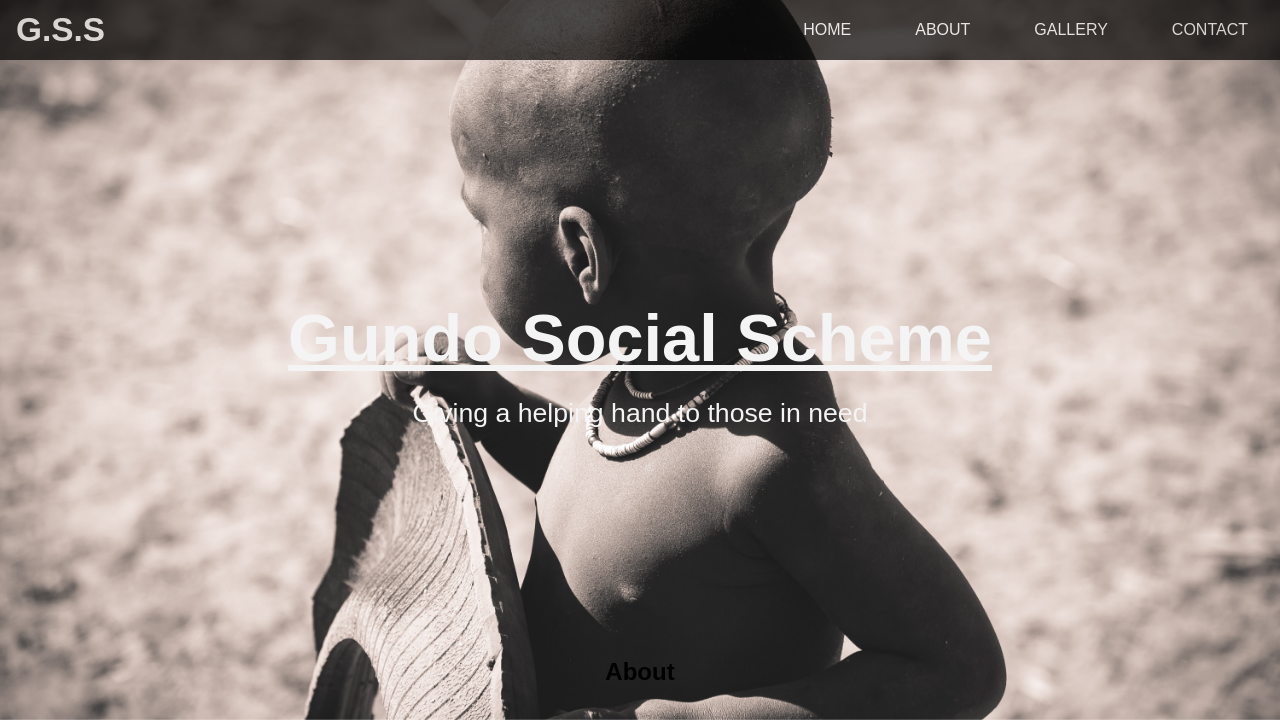
Repository: blessingNtoko/gss-basic_website
Page: index.html
The author's editor kept a copy of each file at every save. The page is drawn from the files as they stood at one save, then again after a run of saves.
The browser window is 1280 px wide. The pictures show the whole page.
An inner scrolling area shows only its first screen.

Above is the page before, as saved 2020-05-13 19:42:40.

### index.html
<!DOCTYPE html>
<html lang="en">

<head>
    <meta charset="UTF-8">
    <meta name="viewport" content="width=device-width, initial-scale=1.0">
    <title>Gundo Social Scheme</title>
    <link rel="stylesheet" href="style.css">
</head>

<body>
    <div class="allContain">
        <nav class="navbar">
            <h1><a href="#home">G.S.S</a></h1>
            <ul>
                <li>
                    <a href="#home">Home</a>
                </li>
                <li>
                    <a href="#about">About</a>
                </li>
                <li>
                    <a href="#work">Gallery</a>
                </li>
                <li>
                    <a href="#contact">Contact</a>
                </li>
            </ul>
        </nav>

        <section id="home">
            <div class="contain">
                <h1>Gundo Social Scheme</h1>
                <p>Giving a helping hand to those in need</p>
            </div>

        </section>

        <section id="about">
            <div class="container">
                <h1>About</h1>
                <div class="row">
                    <div class="col">
                        <img src="assets/images/temp1.jpg" alt="About image">
                    </div>
                    <div class="col">
                        <p class="about1">
                            Lorem ipsum dolor sit amet consectetur adipisicing elit. Dolore quia, nisi provident aperiam excepturi quas officiis, quam ipsa molestiae nostrum magni. Sed at maiores placeat rerum deserunt ea perspiciatis modi omnis inventore maxime sunt ratione quos
                            nihil quidem nam suscipit sint, mollitia et odit. Repellat tempore nemo mollitia, quasi dolorum optio vel voluptates hic sunt. Soluta ea voluptatibus provident quasi, consectetur incidunt quas quia. Tenetur tempora iure adipisci
                            voluptatum velit quia voluptatibus, soluta iste fugit sequi, repellendus placeat nostrum minus modi ipsum, corporis exercitationem doloribus voluptatem distinctio cumque mollitia debitis consequatur sit. Reprehenderit animi
                            natus, facilis voluptas fugiat excepturi illum.
                        </p>
                    </div>
                </div>
                <div class="row">
                    <div class="col">
                        <p class="about2">
                            Lorem ipsum dolor sit amet consectetur adipisicing elit. Consequatur eveniet, dignissimos est fugit harum provident nobis corrupti architecto ipsam culpa quibusdam quidem reprehenderit. Neque eum reprehenderit ut illo sed mollitia odit cupiditate vel
                            perspiciatis, provident ab non, earum error tenetur quia, at minus nemo adipisci quo? Velit atque aspernatur saepe quia quibusdam a ad laboriosam sit temporibus, sint neque rerum nemo nam assumenda ea omnis harum molestiae,
                            itaque rem? Animi incidunt assumenda aspernatur impedit corrupti saepe possimus aperiam neque dolor minus! Corporis odit nostrum sequi beatae enim voluptas, vitae reiciendis nulla fuga quod, tempore, non explicabo rerum praesentium
                            eligendi rem.
                        </p>
                    </div>
                    <div class="col">
                        <img src="assets/images/temp2.jpg" alt="About image">
                    </div>
                </div>
            </div>
        </section>

        <div class="fixedScroll fixedScroll1">
            <div class="fixedText">
                <span class="border trans">
                    Image Two text
                </span>
            </div>
        </div>

        <section id="work">
            <div class="container">
                <h1>Gallery</h1>
                <div class="row">
                    <div class="col">
                        <img src="assets/images/workImages/work1.jpeg" alt="">
                    </div>
                    <div class="col">
                        <img src="assets/images/workImages/work2.jpeg" alt="">

                    </div>
                    <div class="col">
                        <img src="assets/images/workImages/work3.jpeg" alt="">

                    </div>

                    <div class="col">
                        <img src="assets/images/workImages/work4.jpeg" alt="">

                    </div>
                    <div class="col">
                        <img src="assets/images/workImages/work5.jpeg" alt="">

                    </div>
                    <div class="col">
                        <img src="assets/images/workImages/work6.jpeg" alt="">

                    </div>
                    <div class="col">
                        <img src="assets/images/workImages/work7.jpeg" alt="">

                    </div>
                    <div class="col">
                        <img src="assets/images/workImages/work8.jpeg" alt="">

                    </div>
                    <div class="col">
                        <img src="assets/images/workImages/work9.jpeg" alt="">

                    </div>
                    <div class="col">
                        <img src="assets/images/workImages/work10.jpeg" alt="">

                    </div>
                </div>
            </div>
        </section>

        <div class="fixedScroll fixedScroll2">
            <div class="fixedText">
                <span class="border trans">
                    Image Two text
                </span>
            </div>
        </div>

        <section id="contact">
            <div class="container">
                <h1>Contact</h1>
                <div class="row">
                    <div class="col col1">
                        <h1>G.S.S</h1>
                        <span>Giving a helping hand to those in need</span>
                    </div>
                    <div class="col col2">
                        <h2>To get in touch with us:</h2>
                        <div class="details">
                            <h3>Laura Ntoko: Director</h3>
                            <ul>
                                <li>Cell: 0729674696</li>
                                <li>Email: ntokolaura@gmail.com</li>
                            </ul>
                        </div>
                        <div class="details">
                            <h3>Blessing Ntoko</h3>
                            <ul>
                                <li>Cell: 0813182707</li>
                                <li>Email: bntoko@gmail.com</li>
                            </ul>
                        </div>
                    </div>
                    <div class="col">

                    </div>
                </div>
            </div>
            <footer>

            </footer>
        </section>
    </div>

</body>

</html>

### style.css
* {
    margin: 0;
    padding: 0;
}

body {
    font-family: Arial, Helvetica, sans-serif;
    line-height: 1.6;
    height: 100vh;
    overflow: hidden;
}

.allContain {
    width: 100%;
    height: 100%;
    /* CSS smooth scroll properties */
    overflow-y: scroll;
    scroll-behavior: smooth;
    scroll-snap-type: y mandatory;
}

.navbar {
    position: fixed;
    top: 0;
    z-index: 1;
    display: flex;
    flex-direction: row;
    align-items: center;
    width: 100%;
    height: 60px;
    background: black;
    opacity: .7;
}

.navbar h1 {
    color: white;
    font-size: 25pt;
    margin-left: 1rem;
}

.navbar h1 a {
    text-decoration: none;
    text-transform: uppercase;
    color: #f4f4f4;
}

.navbar h1 a:hover {
    color: rgb(63, 63, 196);
}

.navbar ul {
    display: flex;
    list-style: none;
    width: 100%;
    /* text-align: right; */
    justify-content: flex-end;
}

.navbar ul li {
    margin: 0 1rem;
    padding: 1rem;
}

.navbar ul li a {
    text-decoration: none;
    text-transform: uppercase;
    color: #f4f4f4;
}

.navbar ul li a:hover {
    color: rgb(63, 63, 196);
}

section {
    display: flex;
    flex-direction: column;
    align-items: center;
    justify-content: center;
    text-align: center;
    width: 100%;
    height: 100vh;
    scroll-snap-align: center;
}

#home {
    background-image: url(assets/images/tempy4.jpg);
    background-position: center;
    background-repeat: no-repeat;
    background-size: cover;
    background-attachment: fixed;
    color: #f4f4f4;
}

#home h1 {
    font-size: 50pt;
    text-decoration: underline;
}

#home p {
    font-size: 20pt;
}

#about {
    margin-top: 3rem;
}

#about img {
    text-align: center;
    width: 35rem;
    height: 25rem;
}

#about .row {
    display: flex;
    flex-direction: row;
    align-items: center;
}

#about .col p {
    width: 50rem;
}

#about .col .about1 {
    border-left: 5px solid black;
    margin-left: 15rem;
}

#about .col .about2 {
    padding: 2rem auto;
    border-right: 5px solid black;
    margin-right: 15rem;
}

.fixedScroll {
    position: relative;
    opacity: 0.7;
    background-position: center;
    background-size: cover;
    background-repeat: no-repeat;
    background-attachment: fixed;
}

.fixedScroll1 {
    background-image: url(assets/images/tempy5.jpg);
    min-height: 400px;
}

.fixedScroll2 {
    background-image: url(assets/images/tempy6.jpg);
    min-height: 400px;
}

#about .row {
    display: flex;
    flex-direction: row;
    justify-content: center;
    margin-top: 3rem;
}

#work .row {
    display: flex;
    flex-direction: row;
    flex-wrap: wrap;
    justify-content: space-evenly;
    align-items: center;
}

#work .row img {
    width: 20rem;
    height: 25rem;
    line-height: 1rem;
    margin-top: 1.5rem;
    opacity: .8;
    transition: all .5s;
}

#work .row img:hover {
    opacity: 1;
}

#contact .container {
    display: flex;
    flex-direction: column;
    justify-content: center;
    align-items: center;
}

#contact .row {
    display: flex;
    flex-direction: row;
    justify-content: space-evenly;
}

#contact .col {
    /* border: 1px solid black; */
    text-align: center;
}

#contact .row h1 {
    font-size: 80pt;
}

#contact .row span {
    font-size: 30pt;
}

.details ul li {
    list-style: none;
}

After the next 2 saves:
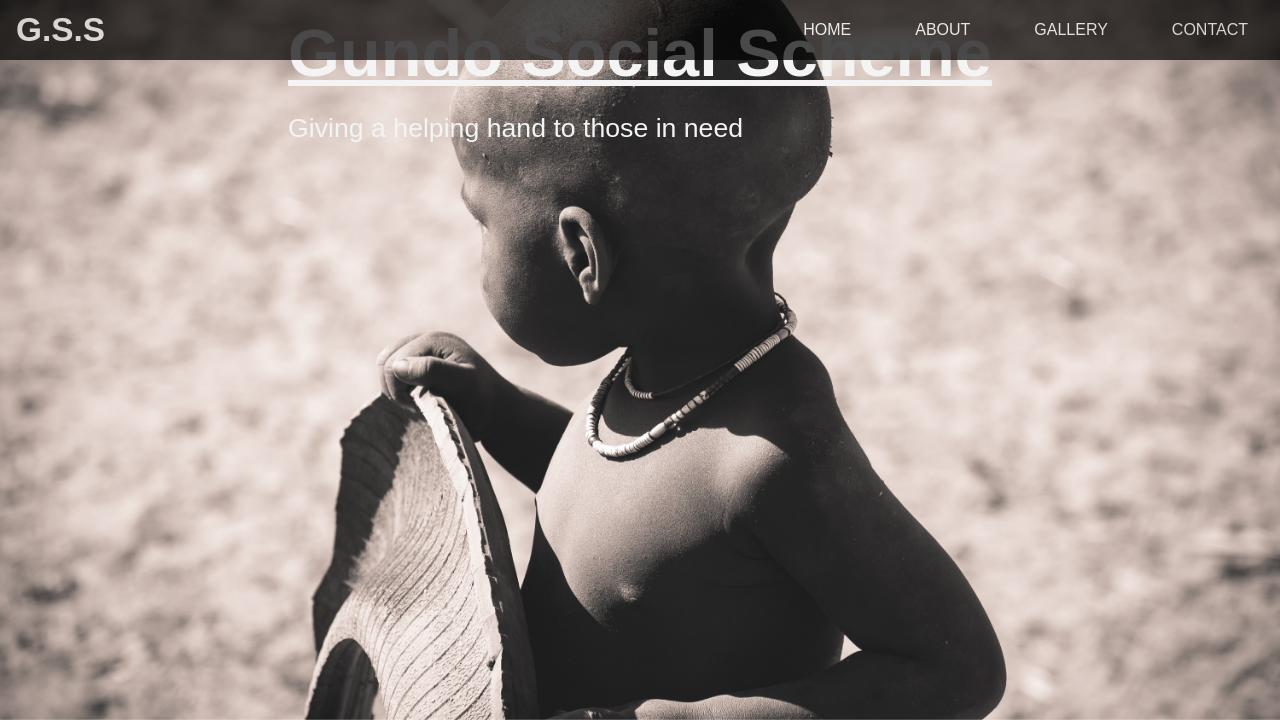
The 2 saves are shown as one change because they came seconds apart.
The last was saved 24 s later.
--- a/style.css
+++ b/style.css
@@ -75,8 +75,8 @@ section {
     display: flex;
     flex-direction: column;
     align-items: center;
-    justify-content: center;
-    text-align: center;
+    /* justify-content: center; */
+    /* text-align: center; */
     width: 100%;
     height: 100vh;
     scroll-snap-align: center;
@@ -188,7 +188,6 @@ section {
 #contact .row {
     display: flex;
     flex-direction: row;
-    justify-content: space-evenly;
 }
 
 #contact .col {
